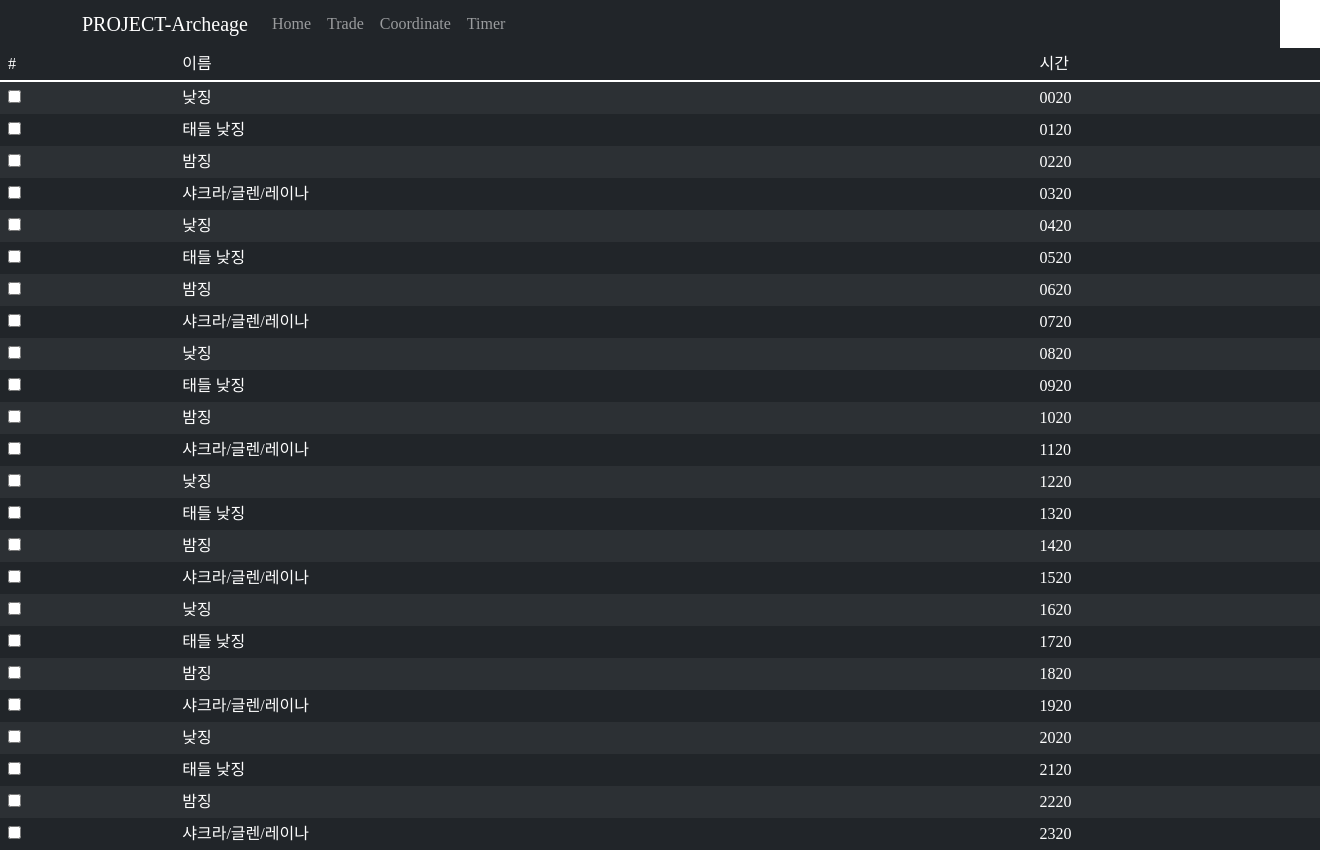
Repository: minsang98/project-archeage
Page: /timer
An editor plug-in stored every save of this project. The page is shown before and after the next save, followed by the edit.
The browser window is 1280 px wide. The page is 1320 px wide, so the pictures cover 1320 px, including what lies to the right of the window. The pictures show the whole page.
The project was rebuilt for these pictures with package versions that can differ from the ones it lists, and the page was loaded fresh each time. Imported but missing from the stored project, and not drawn on this page: src/components/Timer/lol.mp3.

Above is the page before, as saved 2022-01-12 20:52:01.

After the next save:
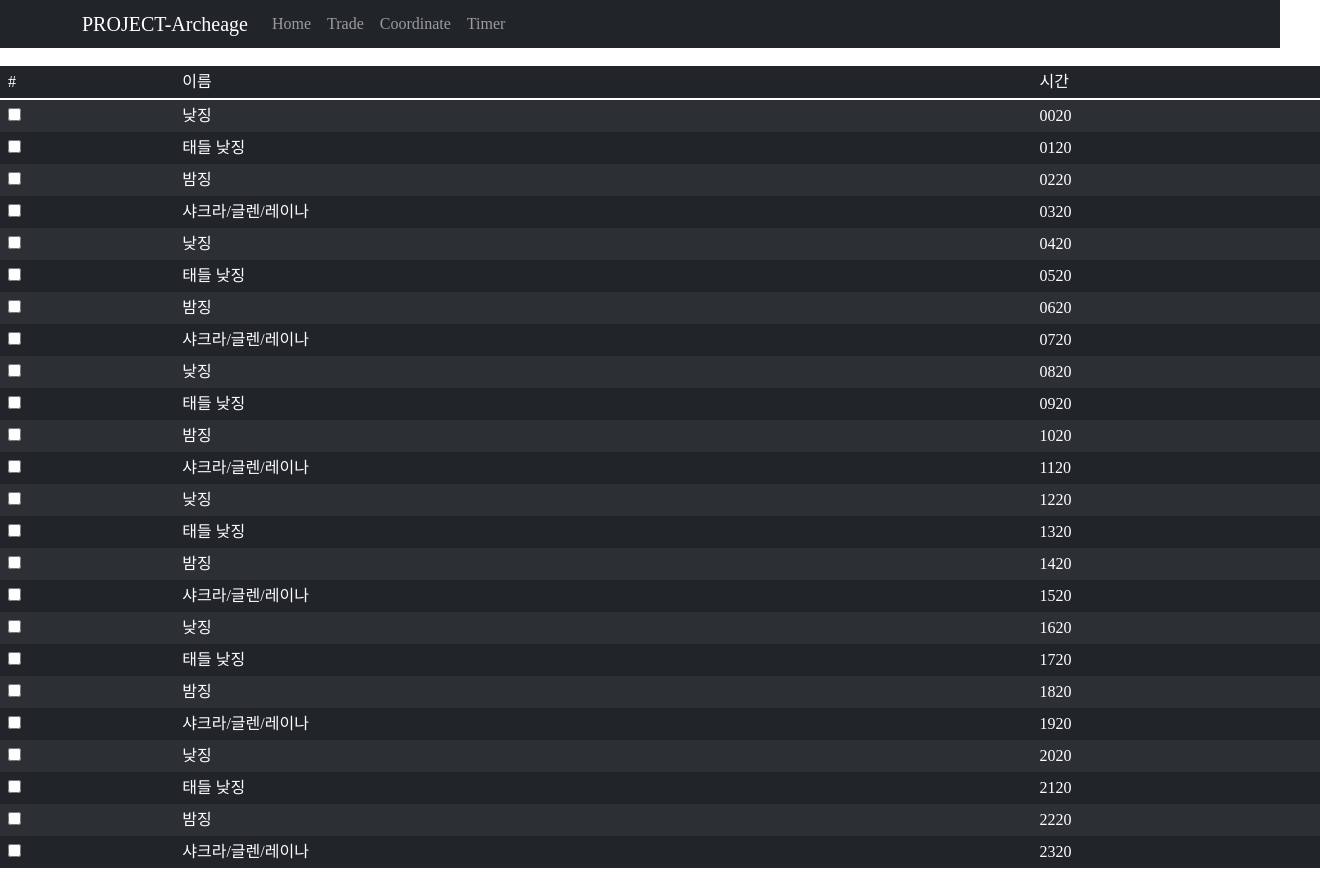
Saved 11 s later.
--- a/src/container/TimerContainer.js
+++ b/src/container/TimerContainer.js
@@ -4,6 +4,7 @@ import styled from 'styled-components';
 import Timer from '../components/Timer/Timer';
 
 const Container = styled.div`
+  padding-top: 1.125rem;
   margin: auto;
   width: 1320px;
 `;
